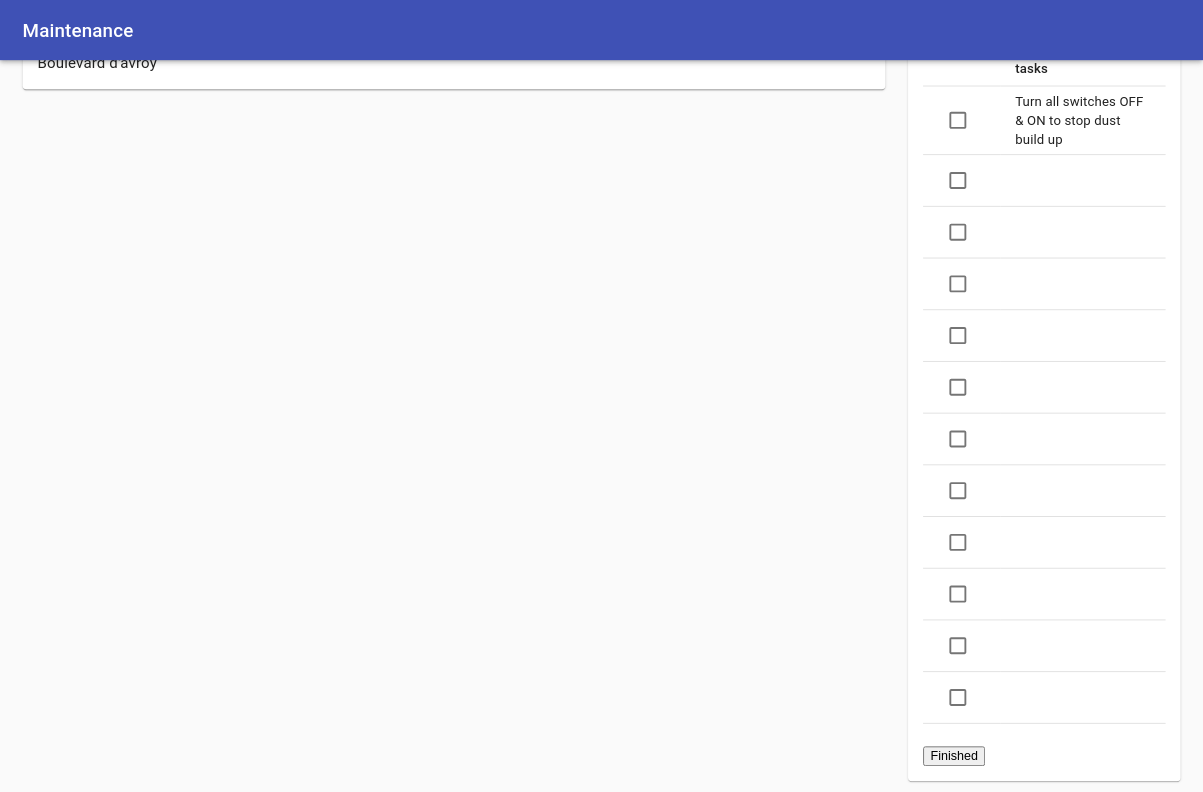
Repository: sapbrussels/intelligenthighway_webapp
Page: /Maintenance (app in router/)
An editor plug-in stored every save of this project. The page is shown before and after the next save, followed by the edit.
The browser window is 1280 px wide. The pictures show the whole page, at 94% of full size.
The project was rebuilt for these pictures with package versions that can differ from the ones it lists, and the page was loaded fresh each time. Also part of the build but not shown: router/src/App.css, router/src/Login.js, router/src/Maps.js, router/src/Jobspage.js.

Above is the page before, as saved 2020-03-26 15:47:10.

After the next save:
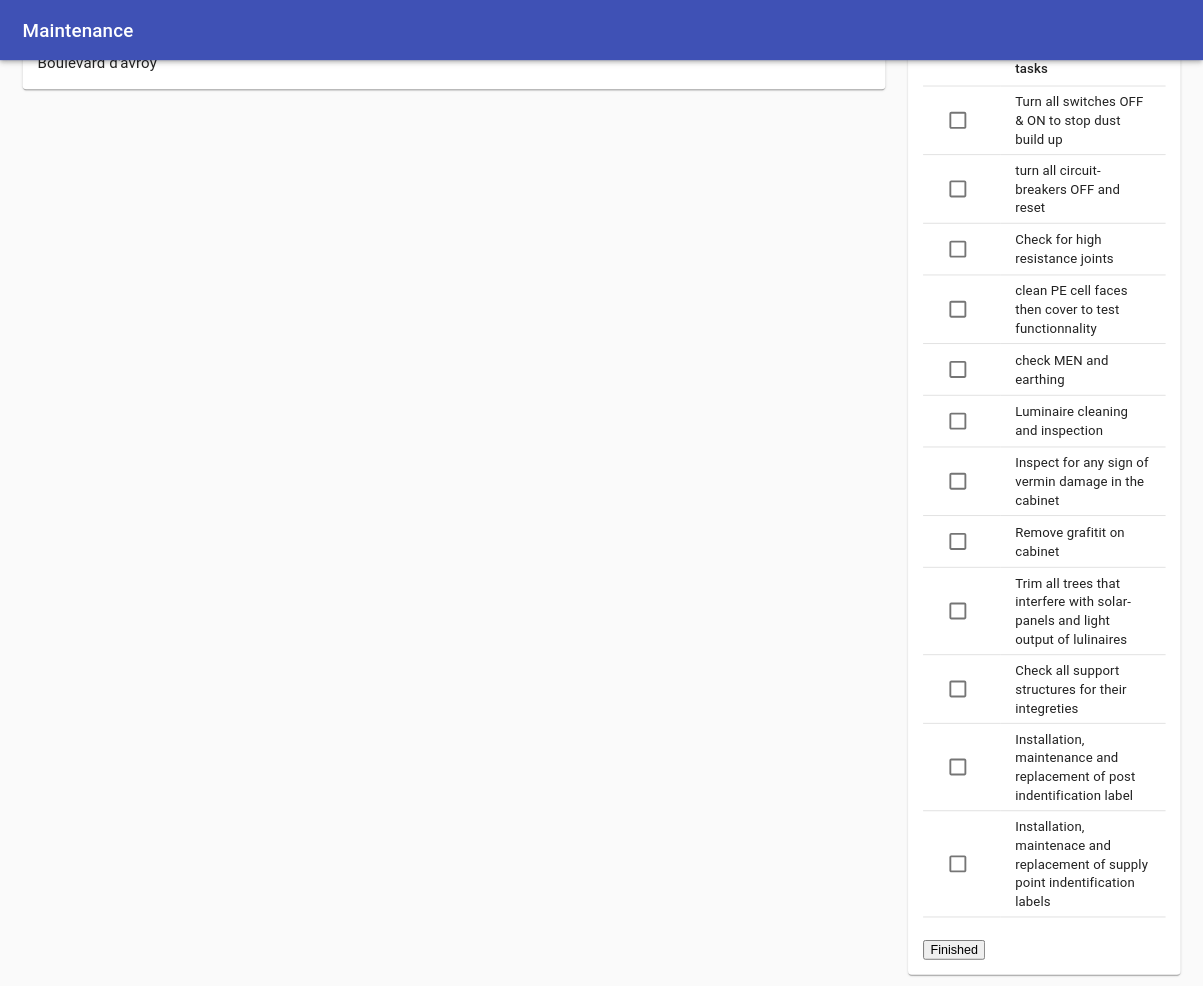
Saved 2 min 23 s later.
--- a/router/src/Checklist.js
+++ b/router/src/Checklist.js
@@ -16,17 +16,17 @@
 
 const rows = [
   createData(0, <Checkbox></Checkbox>,'Turn all switches OFF & ON to stop dust build up'),
-  createData(1, <Checkbox>turn all circuit-breakers OFF and reset</Checkbox>),
-  createData(2, <Checkbox>Check for high resistance joints</Checkbox>),
-  createData(3, <Checkbox>clean PE cell faces then cover to test functionnality</Checkbox>),
-  createData(4, <Checkbox>check MEN and earthing</Checkbox>),
-  createData(0, <Checkbox>Luminaire cleaning and inspection</Checkbox>),
-  createData(1, <Checkbox>Inspect for any sign of vermin damage in the cabinet</Checkbox>),
-  createData(2, <Checkbox>Remove grafitit on cabinet</Checkbox>),
-  createData(3, <Checkbox>Trim all trees that interfere with solar-panels and light output of lulinaires</Checkbox>),
-  createData(4, <Checkbox>Check all support structures for their integreties</Checkbox>),
-  createData(3, <Checkbox>Installation, maintenance and replacement of post indentification label </Checkbox>),
-  createData(4, <Checkbox>Installation, maintenace and replacement of supply point indentification labels</Checkbox>),
+  createData(1, <Checkbox></Checkbox>,'turn all circuit-breakers OFF and reset'),
+  createData(2, <Checkbox></Checkbox>,'Check for high resistance joints'),
+  createData(3, <Checkbox></Checkbox>,'clean PE cell faces then cover to test functionnality'),
+  createData(4, <Checkbox></Checkbox>,'check MEN and earthing'),
+  createData(0, <Checkbox></Checkbox>,'Luminaire cleaning and inspection'),
+  createData(1, <Checkbox></Checkbox>,'Inspect for any sign of vermin damage in the cabinet'),
+  createData(2, <Checkbox></Checkbox>,'Remove grafitit on cabinet'),
+  createData(3, <Checkbox></Checkbox>,'Trim all trees that interfere with solar-panels and light output of lulinaires'),
+  createData(4, <Checkbox></Checkbox>,'Check all support structures for their integreties'),
+  createData(3, <Checkbox></Checkbox>,'Installation, maintenance and replacement of post indentification label'),
+  createData(4, <Checkbox></Checkbox>,'Installation, maintenace and replacement of supply point indentification labels'),
 ];
 
 
